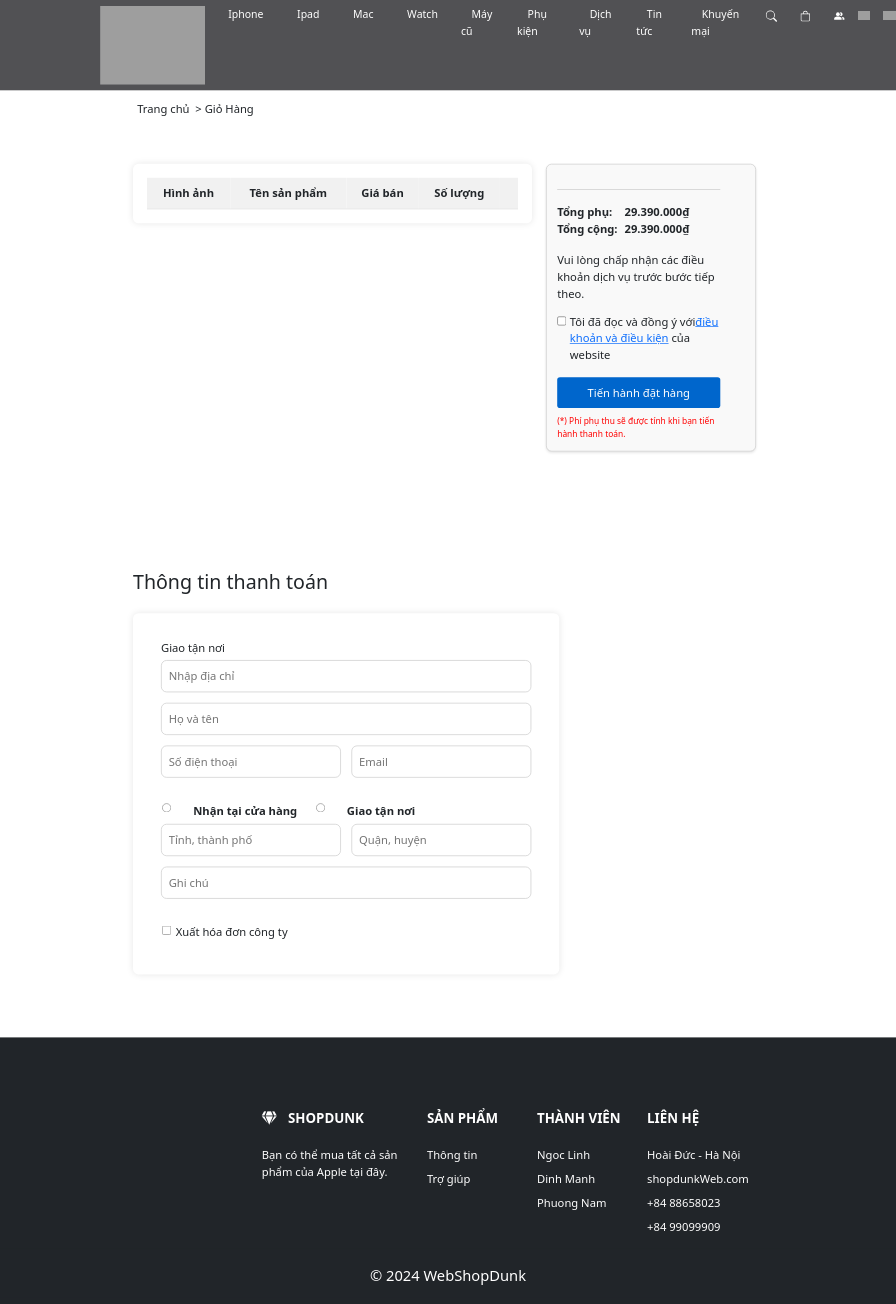
Repository: 20092004nam2k4/FE-ShopDunk
Page: /cart
These files come from the project's save history. The page is drawn as it stood at one moment and after the next save; the edit follows.
The browser window is 1280 px wide. The pictures show the whole page, at 70% of full size.
Pictures or frames that could not be fetched are drawn as grey boxes. The page's requests for data from a server got no answer. The project was rebuilt for these pictures with package versions that can differ from the ones it lists, and the page was loaded fresh each time. No one was signed in, and anything a server would have sent is missing. Also part of the build but not shown: src/component/common/SlideImage.css, src/component/common/SlideImage.js, src/component/product/ProductList.js, src/component/product/ProductDetail.css, src/component/product/ProductDetail.js, src/component/user/LoginUser.js, src/component/user/UserProfile.js, src/component/user/RegistrationForm.css and 2 more.

Above is the page before, as saved 2024-06-26 14:22:44.

After the next save:
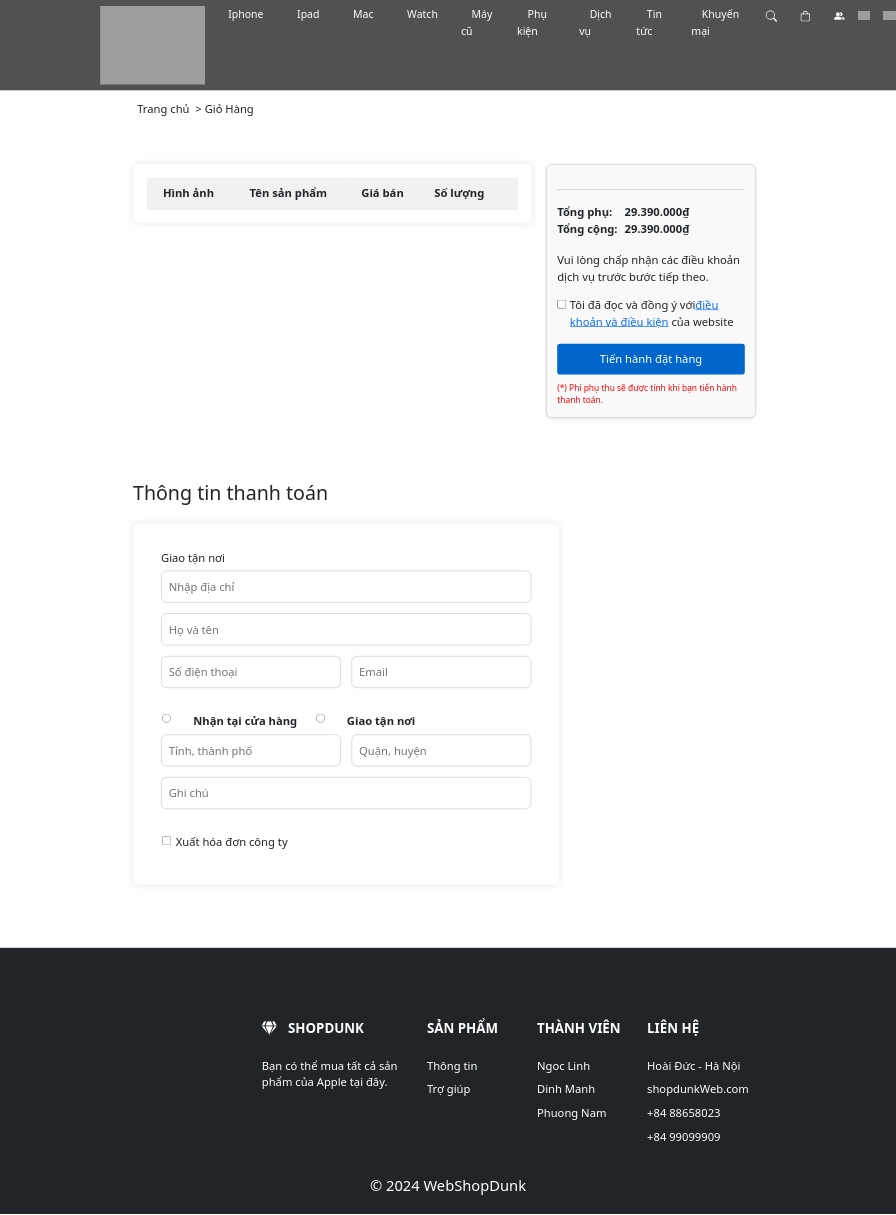
Saved 10 s later.
--- a/src/component/cart/CartPage.css
+++ b/src/component/cart/CartPage.css
@@ -153,13 +153,12 @@
 .coupon-box {
     border: 1px solid #ccc;
     padding: 15px;
-    padding-right: 50px;
     background-color: #f9f9f9;
     width: 100%; /* Adjust width to 100% */
     box-sizing: border-box; /* Ensure padding is included in width */
     border-radius: 8px; /* Add border radius for rounded corners */
     box-shadow: 0 2px 4px rgba(0, 0, 0, 0.1); /* Add subtle shadow */
-    margin-bottom: 100px; /* Add space below the coupon box */
+    margin-bottom: 20px; /* Add space below the coupon box */
 }
 
 .title {
